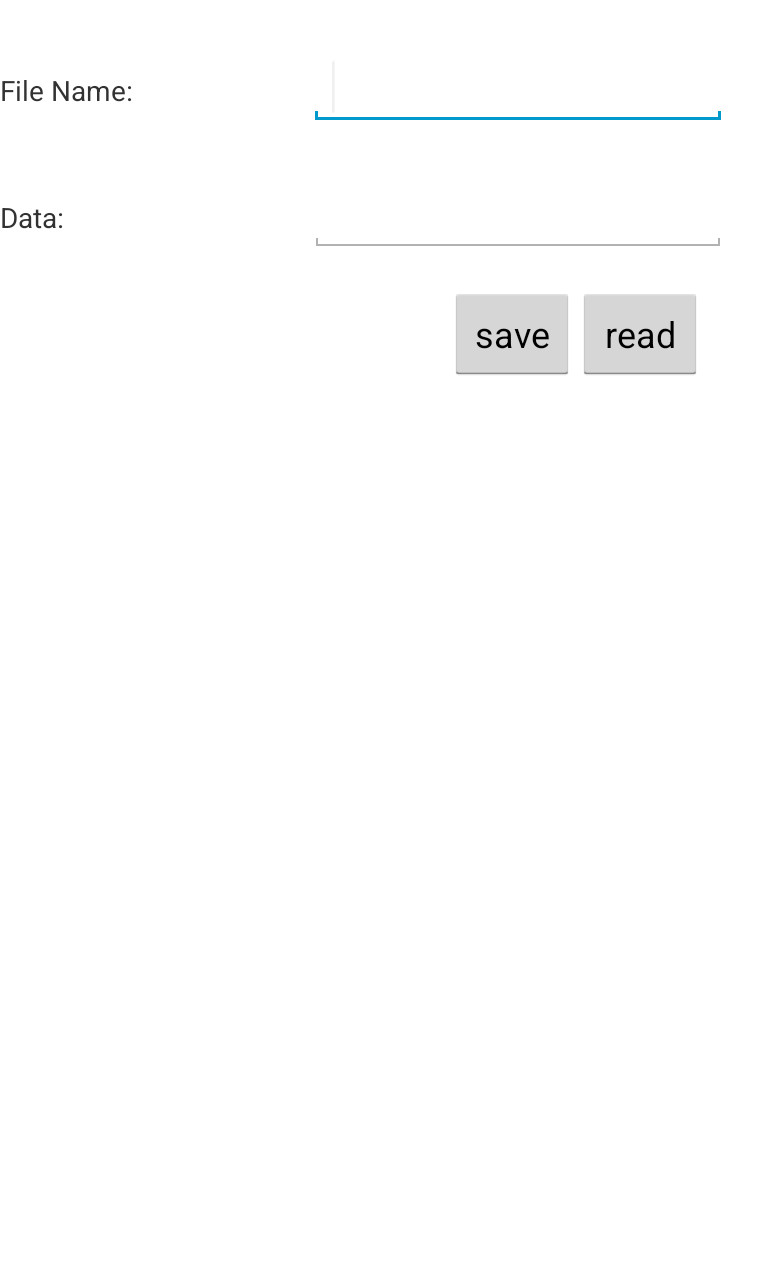
Repository: yashmoda/Android-Practice
Layout: ExternalStorageDemo/res/layout/activity_main.xml
An editor plug-in stored every save of this project. The layout is shown before and after the next save, followed by the edit.
It is drawn on a 768 x 1280 px phone screen (xhdpi) without system bars, with theme AppTheme; the app's code is not run.

Above is the layout before, as saved 2017-06-19 06:38:04.

### ExternalStorageDemo/res/layout/activity_main.xml
<RelativeLayout xmlns:android="http://schemas.android.com/apk/res/android"
    xmlns:tools="http://schemas.android.com/tools"
    android:layout_width="match_parent"
    android:layout_height="match_parent"
      tools:context=".MainActivity" >

    <EditText
        android:id="@+id/editText1"
        android:layout_width="wrap_content"
        android:layout_height="wrap_content"
        android:layout_alignParentRight="true"
        android:layout_alignParentTop="true"
        android:layout_marginRight="20dp"
        android:layout_marginTop="24dp"
        android:ems="10" >

        <requestFocus />
    </EditText>

    <EditText
        android:id="@+id/editText2"
        android:layout_width="wrap_content"
        android:layout_height="wrap_content"
        android:layout_alignRight="@+id/editText1"
        android:layout_below="@+id/editText1"
        android:layout_marginTop="24dp"
        android:ems="10" />

    <TextView
        android:id="@+id/textView1"
        android:layout_width="wrap_content"
        android:layout_height="wrap_content"
        android:layout_alignBaseline="@+id/editText1"
        android:layout_alignBottom="@+id/editText1"
        android:layout_alignParentLeft="true"
        android:text="File Name:" />

    <TextView
        android:id="@+id/textView2"
        android:layout_width="wrap_content"
        android:layout_height="wrap_content"
        android:layout_alignBaseline="@+id/editText2"
        android:layout_alignBottom="@+id/editText2"
        android:layout_alignParentLeft="true"
        android:text="Data:" />

    <Button
        android:id="@+id/button1"
        android:layout_width="wrap_content"
        android:layout_height="wrap_content"
        android:layout_alignLeft="@+id/editText2"
        android:layout_below="@+id/editText2"
        android:layout_marginLeft="70dp"
        android:layout_marginTop="16dp"
        android:text="save" />

    <Button
        android:id="@+id/button2"
        android:layout_width="wrap_content"
        android:layout_height="wrap_content"
        android:layout_alignBaseline="@+id/button1"
        android:layout_alignBottom="@+id/button1"
        android:layout_toRightOf="@+id/button1"
        android:text="read" />


</RelativeLayout>

Loaded but not shown: ExternalStorageDemo/res/values/styles.xml (common file); ExternalStorageDemo/res/values-v11/styles.xml (common file); ExternalStorageDemo/res/values-v14/styles.xml (common file); ExternalStorageDemo/res/values/dimens.xml (common file); ExternalStorageDemo/res/values-w820dp/dimens.xml (common file)

After the next save:
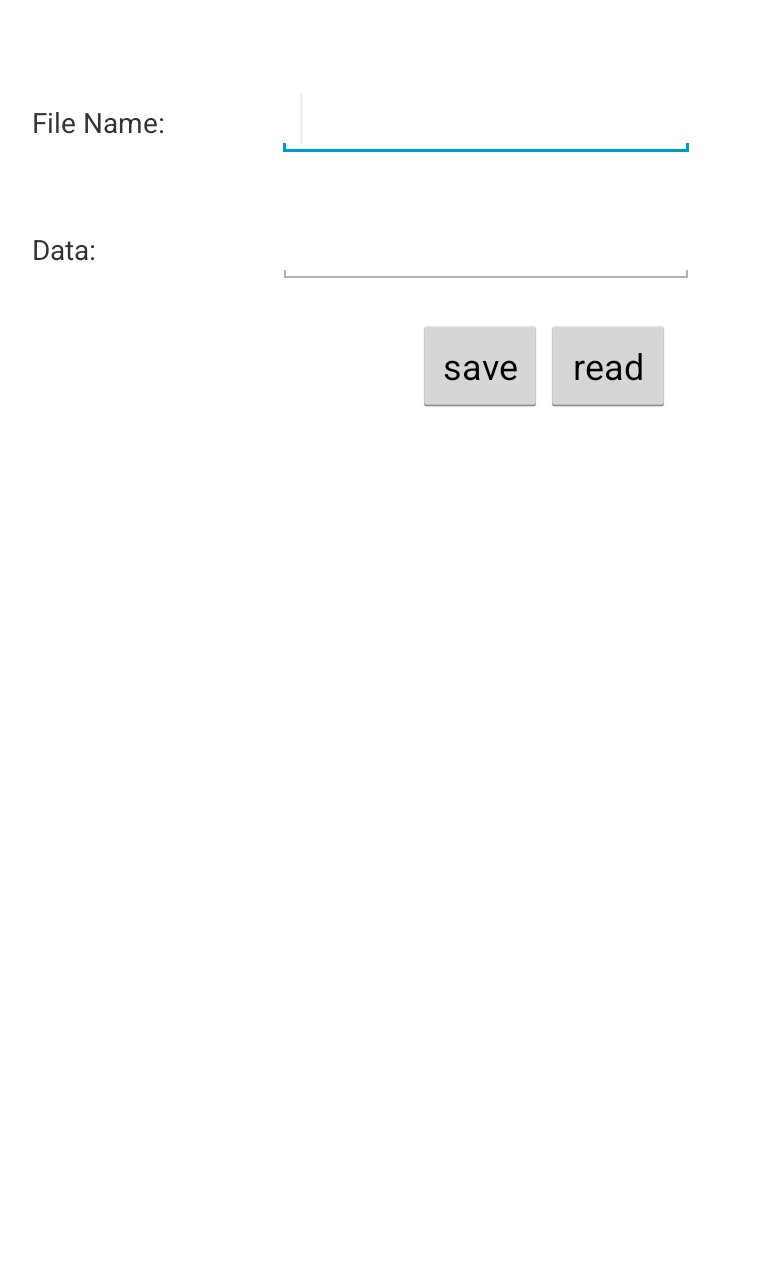
Saved 3 min 30 s later.
--- a/ExternalStorageDemo/res/layout/activity_main.xml
+++ b/ExternalStorageDemo/res/layout/activity_main.xml
@@ -2,7 +2,11 @@
     xmlns:tools="http://schemas.android.com/tools"
     android:layout_width="match_parent"
     android:layout_height="match_parent"
-      tools:context=".MainActivity" >
+    android:paddingBottom="@dimen/activity_vertical_margin"
+    android:paddingLeft="@dimen/activity_horizontal_margin"
+    android:paddingRight="@dimen/activity_horizontal_margin"
+    android:paddingTop="@dimen/activity_vertical_margin"
+    tools:context="com.example.checkboxdemo.MainActivity" >
 
     <EditText
         android:id="@+id/editText1"
